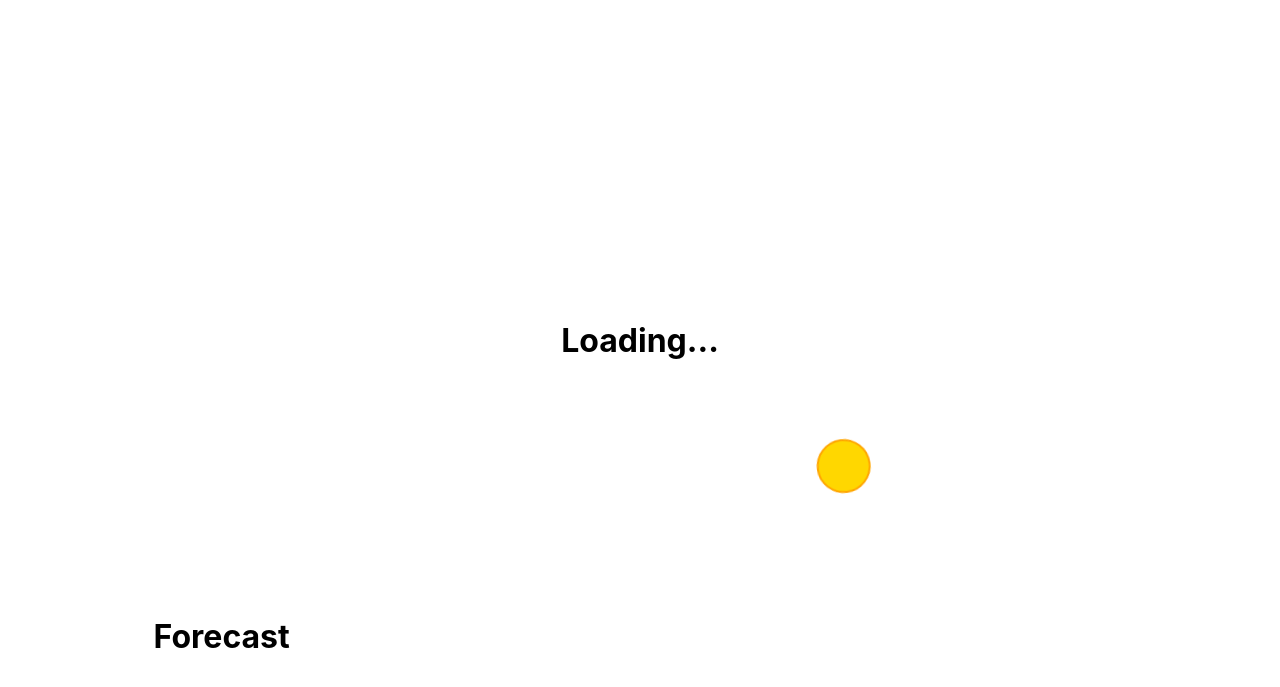
Repository: debthebuilder/bloom
Page: /
The author's editor kept a copy of each file at every save. The page is drawn from the files as they stood at one save, then again after the next save.
The browser window is 1280 px wide. The pictures show the whole page.
The page's requests for data from a server got no answer. The project was rebuilt for these pictures with package versions that can differ from the ones it lists, and the page was loaded fresh each time. No one was signed in, and anything a server would have sent is missing. Also part of the build but not shown: src/components/Splash.js.

Above is the page before, as saved 2022-11-11 10:17:53.

After the next save:
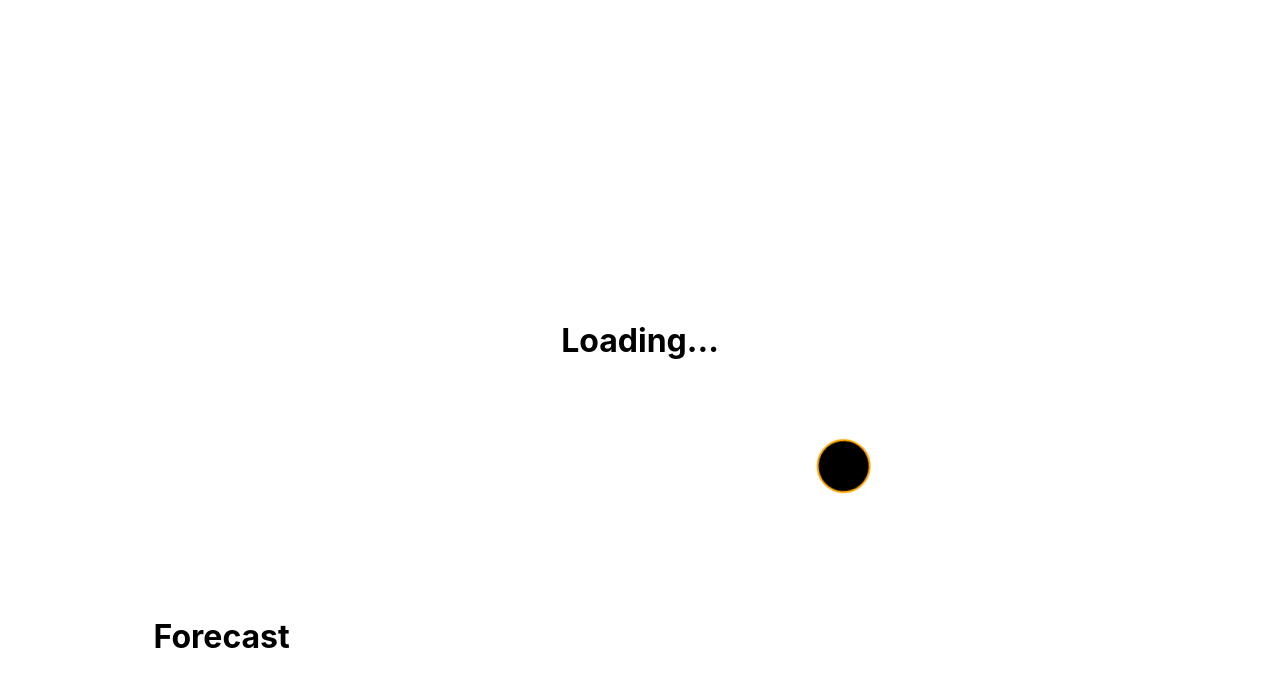
Saved 6 min 54 s later.
--- a/src/scss/_loading.scss
+++ b/src/scss/_loading.scss
@@ -12,7 +12,7 @@
 
   .coin:before {
     content: '';
-    background: gold;
+    background: black;
     position: absolute;
     border-radius: 50px;
     border: 2px solid orange;
